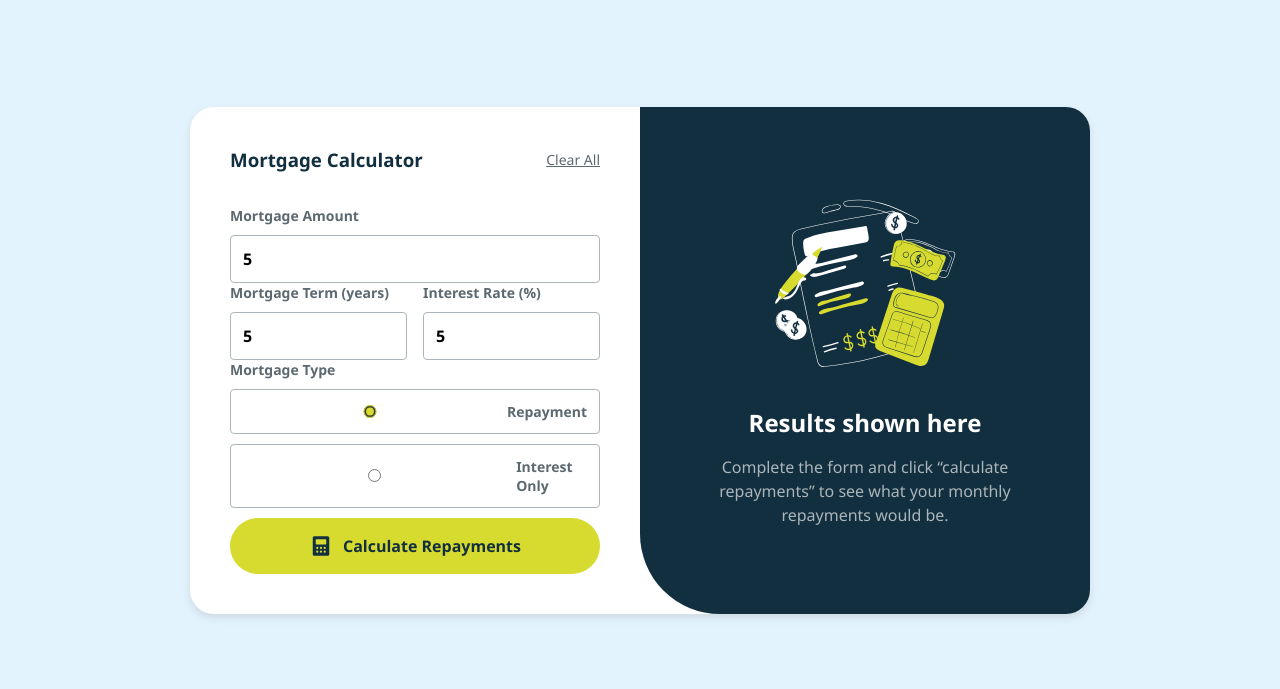
Repository: GravielPV/Mortgage-repayment-calculator
Page: index.html
These files come from the project's save history. The page is drawn as it stood at one moment and after the next save; the edit follows.
The browser window is 1280 px wide. The pictures show the whole page.
Empty fields were first filled with sample values (such as "Sample", 5 or name@example.com).
After loading, the first visible `button` was clicked once.

Above is the page before, as saved 2025-12-14 14:08:30.

### index.html
<!DOCTYPE html>
<html lang="en">
<head>
  <meta charset="UTF-8">
  <meta name="viewport" content="width=device-width, initial-scale=1.0"> <!-- displays site properly based on user's device -->

  <link rel="icon" type="image/png" sizes="32x32" href="./assets/images/favicon-32x32.png">
  <link rel="stylesheet" href="styles.css">
  <title>Frontend Mentor | Mortgage repayment calculator</title>


</head>
<body>
  <div class="carta">



  <div class="lado-izquierdo">

    <div class="header-form">
      <h3>Mortgage Calculator</h3>
      <a href="#" id="clear-all">Clear All</a>
    </div>

    <form id="mortgage-form">

      <!-- Mortgage Amount -->
      <div class="campo">
        <label for="input-mortgage">Mortgage Amount</label>

        <input
          type="number"
          id="input-mortgage"
          name="mortgage"
          placeholder="$ Ej: 150000">
      </div>

      <!-- Mortgage Term & Interest Rate -->
      <div class="grupo-doble">
        <div class="campo1">
          <label for="input-term">Mortgage Term (years)</label>
          <input
            type="number"
            id="input-term"
            name="term"
            placeholder="Ej: 25">
        </div>

        <div class="campo1">
          <label for="input-interest">Interest Rate (%)</label>
          <input
            type="number"
            step="0.01"
            id="input-interest"
            name="interest"
            placeholder="Ej: 5.25">
        </div>
      </div>

      <!-- Mortgage Type -->
      <div class="campo">
        <label>Mortgage Type</label>

        <div class="radios">
          <label class="radio arriba">
            <input type="radio" name="mortgage-type" value="repayment" checked id="repayment">
            Repayment
          </label>

          <label class="radio abajo">
            <input type="radio" name="mortgage-type" value="interest-only" id="interest-only">
            Interest Only
          </label>
        </div>
      </div>

      <!-- Botón -->
      <div class="boton">

        <button type="button" onclick="calcular()"> <img src="assets/images/icon-calculator.svg" alt="calculadora icon">Calculate Repayments</button>
      </div>



    </form>

  </div>




  <!-- Empty results start -->

  <div class="derecho">

    <img src="assets/images/illustration-empty.svg" alt="mostrar">

  <h3>Results shown here</h3>

  <p>Complete the form and click “calculate repayments” to see what
  your monthly repayments would be.</p>
  </div>

  <!-- Empty results end -->

  <!-- Completed results start -->

  <div class="resultado">
    <h3>Your results</h3>
    <p>Your results are shown below based on the information you provided.
    To adjust the results, edit the form and click “calculate repayments” again.</p>

    <div class="caja-resultados">
      <p>Your monthly repayments</p>
      <h1 id="monthly-repayment"></h1>

      <hr>

      <p>Total you'll repay over the term</p>
      <h3 id="total-repayment"></h3>
    </div>
  </div>

</div>

<!-- Completed results end -->

<script src="app.js"></script>
</body>
</html>

### styles.css
* {
    box-sizing: border-box;
    margin: 0;
    padding: 0;
    font-family: 'Segoe UI', Tahoma, Geneva, Verdana, sans-serif;
}

body {
    background-color: hsl(202, 86%, 94%);
    display: flex;
    justify-content: center;
    align-items: center;
    min-height: 100vh;
}

.carta {
    width: 100%;
    max-width: 900px;
    background-color: white;
    display: flex;
    border-radius: 24px;
    overflow: hidden;
    box-shadow: 0 4px 8px 0 rgba(0, 0, 0, 0.1);
    margin: 20px;
}

/* ---- Lado Izquierdo ---- */
.lado-izquierdo {
    width: 50%;
    padding: 40px;
    display: flex;
    flex-direction: column;
    gap: 24px;
}

.header-form {
    display: flex;
    justify-content: space-between;
    align-items: center;
    margin-bottom: 10px;
}

.header-form h3 {
    color: hsl(202, 55%, 16%);
}

.header-form a {
    color: hsl(200, 10%, 40%);
    text-decoration: underline;
    font-size: 14px;
    cursor: pointer;
}

.header-form a:hover {
    color: hsl(202, 55%, 16%);
}

/* Inputs */
.campo {
    display: flex;
    flex-direction: column;
    gap: 10px;
}

.campo label, .campo1 label {
    color: hsl(200, 10%, 40%);
    font-size: 14px;
    font-weight: bold;
}

.campo input, .campo1 input {
    padding: 12px;
    border: 1px solid hsl(200, 10%, 70%);
    border-radius: 4px;
    font-size: 16px;
    font-weight: bold;
    cursor: pointer;
    width: 100%;
}

.campo input:focus, .campo1 input:focus {
    outline: none;
    border-color: hsl(61, 70%, 52%);
}

.grupo-doble {
    display: flex;
    gap: 16px;
}

.campo1 {
    display: flex;
    flex-direction: column;
    gap: 10px;
    width: 50%;
}

/* Radio buttons */
.radios {
    display: flex;
    flex-direction: column;
    gap: 10px;
}

.radio {
    display: flex;
    align-items: center;
    border: 1px solid hsl(200, 10%, 70%);
    padding: 12px;
    border-radius: 4px;
    cursor: pointer;
    gap: 10px;
    font-weight: bold;
    color: hsl(202, 55%, 16%);
}

.radio:hover {
    border-color: hsl(61, 70%, 52%);
}

.radio input {
    margin: 0;
    accent-color: hsl(61, 70%, 52%);
}

/* Boton */
.boton {
    margin-top: 10px;
}

button {
    display: flex;
    align-items: center;
    justify-content: center;
    gap: 10px;
    padding: 16px 32px;
    background-color: hsl(61, 70%, 52%);
    border: none;
    color: hsl(202, 55%, 16%);
    border-radius: 30px;
    cursor: pointer;
    font-weight: bold;
    font-size: 16px;
    width: 100%;
    transition: background-color 0.3s;
}

button:hover {
    background-color: hsl(61, 70%, 70%);
}

/* ---- Lado Derecho ---- */
.derecho {
    width: 50%;
    background-color: hsl(202, 55%, 16%);
    color: white;
    padding: 40px;
    display: flex;
    flex-direction: column;
    justify-content: center;
    align-items: center;
    text-align: center;
    border-bottom-left-radius: 80px;
}

.derecho img {
    margin-bottom: 20px;
}

.derecho h3 {
    margin-bottom: 16px;
    font-size: 24px;
}

.derecho p {
    color: hsl(200, 10%, 70%);
    line-height: 1.5;
}

.resultado {
    display: none;
}

/* Responsive */
@media (max-width: 768px) {
    body {
        align-items: flex-start;
        background-color: white;
    }

    .carta {
        flex-direction: column;
        border-radius: 0;
        margin: 0;
        box-shadow: none;
        max-width: 100%;
    }

    .lado-izquierdo, .derecho {
        width: 100%;
        padding: 24px;
    }

    .derecho {
        border-radius: 0;
        min-height: 400px;
    }

    .grupo-doble {
        flex-direction: column;
    }

    .campo1 {
        width: 100%;
    }
}

### app.js
const yearsInput = document.getElementById("input-term");
const montoInput = document.getElementById("input-mortgage");
const interesInput = document.getElementById("input-interest");

const repayment = document.getElementById("repayment");
const interestOnly = document.getElementById("interest-only");


repayment.addEventListener("change", calcular);
interestOnly.addEventListener("change", calcular);

function formatoRD(valor) {
  return new Intl.NumberFormat("es-DO", {
    style: "currency",
    currency: "DOP",
    minimumFractionDigits: 2,
  }).format(valor);
}


function calcular() {
  const yearsValue = yearsInput.value;
  const montoValue = montoInput.value;
  const interesValue = interesInput.value;


  if (!yearsValue || !montoValue || !interesValue) {
    console.log("Por favor complete todos los campos");
    return;
  }

  const years = Number(yearsValue);
  const monto = Number(montoValue);
  const interes = Number(interesValue) / 100;

  const r = interes / 12;
  const n = years * 12;

  if (repayment.checked) {
    const pagoMensual =
      (monto * (r * Math.pow(1 + r, n))) /
      (Math.pow(1 + r, n) - 1);

      let totalPayment = pagoMensual * n;


      console.log("Pago mensual:  " + formatoRD(pagoMensual));
      console.log('Pago Total: ' + formatoRD(totalPayment))
  }


  if (interestOnly.checked) {
    const pagoMensualInterestOnly = monto * r;
    const pagoTotalOnly = n * pagoMensualInterestOnly

    console.log(
      "Pago mensual de Interes mensual:  " +
        formatoRD(pagoMensualInterestOnly)
    );

    console.log(formatoRD(pagoTotalOnly))
  }
}

After the next save:
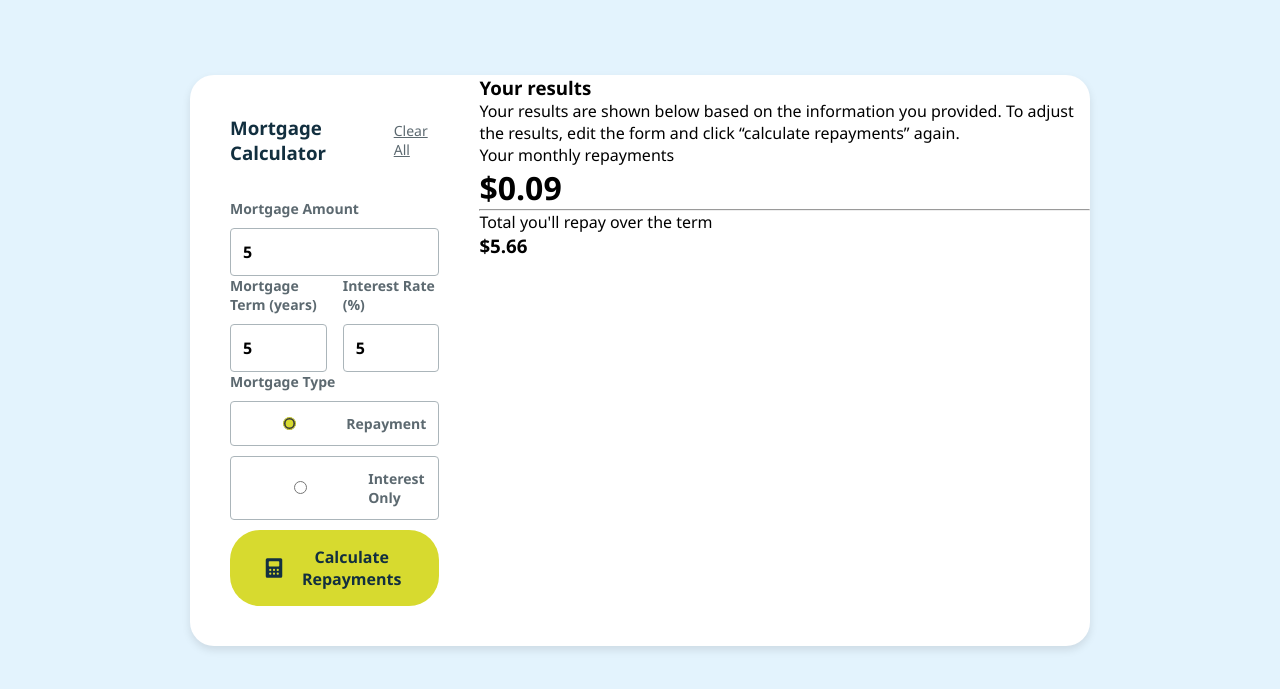
Saved 51 s later.
--- a/app.js
+++ b/app.js
@@ -1,63 +1,82 @@
+// INPUTS
+const montoInput = document.getElementById("input-mortgage");
 const yearsInput = document.getElementById("input-term");
-const montoInput = document.getElementById("input-mortgage");
 const interesInput = document.getElementById("input-interest");
 
-const repayment = document.getElementById("repayment");
-const interestOnly = document.getElementById("interest-only");
+// RADIOS
+const repaymentRadio = document.getElementById("repayment");
+const interestOnlyRadio = document.getElementById("interest-only");
 
+// RESULTADOS
+const resultadoBox = document.querySelector(".resultado");
+const derechoBox = document.querySelector(".derecho");
 
-repayment.addEventListener("change", calcular);
-interestOnly.addEventListener("change", calcular);
+const monthlyText = document.getElementById("monthly-repayment");
+const totalText = document.getElementById("total-repayment");
 
-function formatoRD(valor) {
-  return new Intl.NumberFormat("es-DO", {
+// CLEAR ALL
+const clearAllBtn = document.getElementById("clear-all");
+
+// FORMATO MONEDA
+function formatoMoneda(valor) {
+  return new Intl.NumberFormat("en-US", {
     style: "currency",
-    currency: "DOP",
+    currency: "USD",
     minimumFractionDigits: 2,
   }).format(valor);
 }
 
+// CALCULAR
+function calcular() {
+  const monto = Number(montoInput.value);
+  const years = Number(yearsInput.value);
+  const interes = Number(interesInput.value) / 100;
 
-function calcular() {
-  const yearsValue = yearsInput.value;
-  const montoValue = montoInput.value;
-  const interesValue = interesInput.value;
-
-
-  if (!yearsValue || !montoValue || !interesValue) {
-    console.log("Por favor complete todos los campos");
+  if (!monto || !years || !interes) {
+    alert("Please complete all fields");
     return;
   }
-
-  const years = Number(yearsValue);
-  const monto = Number(montoValue);
-  const interes = Number(interesValue) / 100;
 
   const r = interes / 12;
   const n = years * 12;
 
-  if (repayment.checked) {
-    const pagoMensual =
-      (monto * (r * Math.pow(1 + r, n))) /
+  let pagoMensual = 0;
+  let pagoTotal = 0;
+
+  // REPAYMENT
+  if (repaymentRadio.checked) {
+    pagoMensual =
+      (monto * r * Math.pow(1 + r, n)) /
       (Math.pow(1 + r, n) - 1);
 
-      let totalPayment = pagoMensual * n;
-
-
-      console.log("Pago mensual:  " + formatoRD(pagoMensual));
-      console.log('Pago Total: ' + formatoRD(totalPayment))
+    pagoTotal = pagoMensual * n;
   }
 
+  // INTEREST ONLY
+  if (interestOnlyRadio.checked) {
+    pagoMensual = monto * r;
+    pagoTotal = pagoMensual * n;
+  }
 
-  if (interestOnly.checked) {
-    const pagoMensualInterestOnly = monto * r;
-    const pagoTotalOnly = n * pagoMensualInterestOnly
+  // MOSTRAR RESULTADOS
+  monthlyText.textContent = formatoMoneda(pagoMensual);
+  totalText.textContent = formatoMoneda(pagoTotal);
 
-    console.log(
-      "Pago mensual de Interes mensual:  " +
-        formatoRD(pagoMensualInterestOnly)
-    );
+  derechoBox.style.display = "none";
+  resultadoBox.style.display = "block";
+}
 
-    console.log(formatoRD(pagoTotalOnly))
-  }
-}
+// CLEAR ALL
+clearAllBtn.addEventListener("click", (e) => {
+  e.preventDefault();
+
+  montoInput.value = "";
+  yearsInput.value = "";
+  interesInput.value = "";
+
+  repaymentRadio.checked = true;
+  interestOnlyRadio.checked = false;
+
+  resultadoBox.style.display = "none";
+  derechoBox.style.display = "block";
+});
